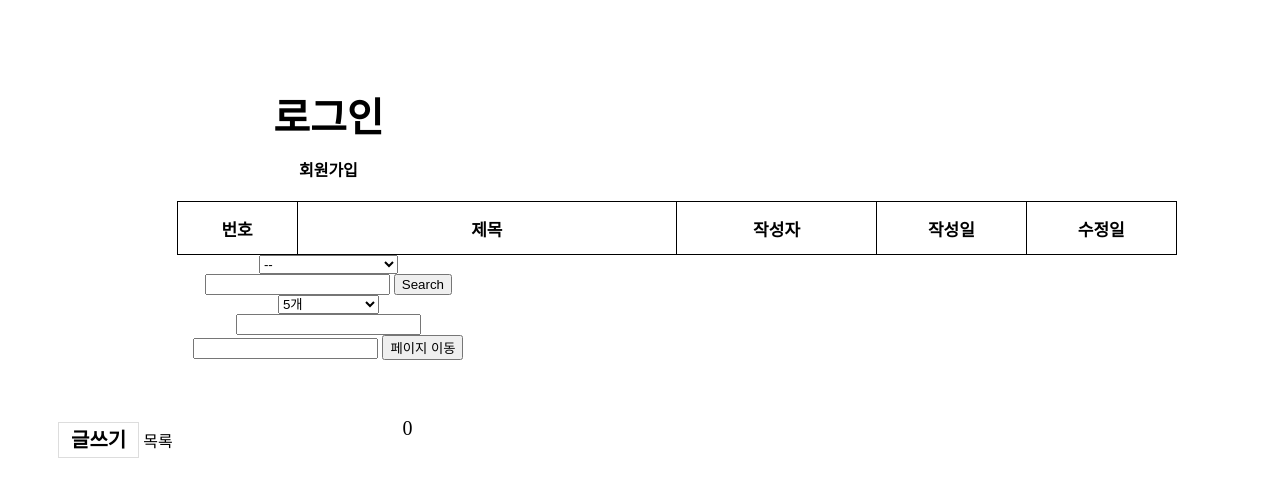
Repository: Shim-YoungDo/gaea-study
Page: http://localhost/study/WEB-INF/views/board/list.jsp
An editor plug-in stored every save of this project. The page is shown before and after the next save, followed by the edit.
The browser window is 1280 px wide. The pictures show the whole page.
The page is served by Tomcat 9. Nobody is signed in. Other server files are loaded and not shown. The template is opened directly, without the code that normally fills it, so the values that code supplies are empty.

Above is the page before, as saved 2021-12-07 05:03:27.

### study/src/main/webapp/WEB-INF/views/board/list.jsp
<%@ page language="java" contentType="text/html; charset=UTF-8"
	pageEncoding="UTF-8"%>
<%@ taglib uri="http://java.sun.com/jsp/jstl/core" prefix="c"%>
<%@ taglib prefix="fmt" uri="http://java.sun.com/jsp/jstl/fmt"%>
<!DOCTYPE html>
<html>
<head>
<meta charset="UTF-8">
<title>Insert title here</title>
<link rel="stylesheet" href="/resources/css/board/list.css">
<script src="https://code.jquery.com/jquery-3.4.1.js"
	integrity="sha256-WpOohJOqMqqyKL9FccASB9O0KwACQJpFTUBLTYOVvVU="
	crossorigin="anonymous"></script>
</head>
<body>
	<div class="table_wrap">
		<a href="/board/registeView" class="enroll_btn">글쓰기</a>
		<a href="/board/list" class="list_btn">목록</a>
		<div class="login_area">
		<!-- 로그인 x -->
		<c:if test="${member==null}">
		<div class="login_button"><a href="/member/login">로그인</a></div>
		<span><a href="/member/join">회원가입</a></span>
		</c:if>

		<!-- 로그인 o -->
		<c:if test="${member != null}">
		<div class="login_success_area">
			<span>이름:${member.memberName}</span>
			<span>아이디:${member.memberID}</span>
			<a href="/member/logout">로그아웃</a>
		</div>
		</c:if>

		<table>
			<thead>
				<tr>
					<th class="bno_width">번호</th>
					<th class="title_width">제목</th>
					<th class="writer_width">작성자</th>
					<th class="regdate_width">작성일</th>
					<th class="updatedate_width">수정일</th>
				</tr>
			</thead>
			<c:forEach items="${list}" var="list">
				<tr>
					<td><c:out value="${list.boardNumber}" /></td>
					<td>
						<a class="move" href='<c:out value="${list.boardNumber}"/>'>
							<c:out value="${list.boardTitle}" />
						</a>
					</td>
					<td>
						<c:out value="${list.boardWriter}" />
					</td>
					<td>
						<fmt:formatDate pattern="yyyy/MM/dd"
							value="${list.boardRegistrationDate}" />
					</td>
					<td>
						<fmt:formatDate pattern="yyyy/MM/dd"
							value="${list.boardUpdateDate}" />
					</td>
				</tr>
			</c:forEach>
		</table>

		<div class="search_wrap">
			<div class="search_area">
				<select name="type">
                <option value="" <c:out value="${pageMake.cri.type == null?'selected':'' }"/>>--</option>
                <option value="T" <c:out value="${pageMake.cri.type eq 'T'?'selected':'' }"/>>제목</option>
                <option value="C" <c:out value="${pageMake.cri.type eq 'C'?'selected':'' }"/>>내용</option>
                <option value="W" <c:out value="${pageMake.cri.type eq 'W'?'selected':'' }"/>>작성자</option>
                <option value="TC" <c:out value="${pageMake.cri.type eq 'TC'?'selected':'' }"/>>제목 + 내용</option>
                <option value="TW" <c:out value="${pageMake.cri.type eq 'TW'?'selected':'' }"/>>제목 + 작성자</option>
                <option value="TCW" <c:out value="${pageMake.cri.type eq 'TCW'?'selected':'' }"/>>제목 + 내용 + 작성자</option>
            </select>
				<input type="text" name="keyword" value="${pageMake.cri.keyword}">
				<button>Search</button>
			</div>
		</div>

		<div class="amount_wrap">
			<div class="amount_area">

					<select name="amount" onchange="selectBoxChange(this.value);">
						<option value="" disabled >=== 선택 ===</option>
						<option value=5 <c:out value="${pageMake.cri.amount == 5?'selected':''}"/>>5개</option>
    					<option value=10 <c:out value="${pageMake.cri.amount == 10?'selected':''}"/>>10개</option>
    					<option value=20 <c:out value="${pageMake.cri.amount == 20?'selected':''}"/>>20개</option>
    					<option value=25 <c:out value="${pageMake.cri.amount == 25?'selected':''}"/>>25개</option>

					</select>

			</div>
		</div>


		<div class="page_select_wrap">
			<div class="page_select_area">
				<input type = "text" pattern="\d" name="pageSelect"value='<c:out value="${pageMake.cri.pageNum}"/>'>
				<input name = "totalPage" readonly="readonly" value = '<c:out value="${pageMake.realEnd}"/>'>
				<button>페이지 이동</button>
			</div>
		</div>

		<div class="pageInfo_wrap">
			<div class="pageInfo_area">
				<ul id="pageInfo" class="pageInfo">

					<!-- 이전페이지 버튼 -->
					<c:if test="${pageMake.prev}">
						<li class="pageInfo_btn previous"><a href="${pageMake.startPage-1}">이전</a></li>
					</c:if>

					<!-- 각 번호 페이지 버튼 -->
					<c:forEach var="num" begin="${pageMake.startPage}" end="${pageMake.endPage}">
						<li class="pageInfo_btn ${pageMake.cri.pageNum == num ? "active":"" }"><a href="${num}">${num}</a></li>
					</c:forEach>

					<!--
					<form id="pageForm" method="post">
					<select name="amount" id="amount" onchange="selectBoxChange(this.value);">
						<option value="none">=== 선택 ===</option>
						<option value="5">5개</option>
    					<option value="10">10개</option>
    					<option value="20">20개</option>
					</select>
					</form>
					-->

					<!-- 다음페이지 버튼 -->
					<c:if test="${pageMake.next}">
						<li class="pageInfo_btn next"><a href="${pageMake.endPage+1}">다음</a></li>
					</c:if>
				</ul>
			</div>
		</div>

		<form id="moveForm" method="get">
			<input type="hidden" name="pageNum" value="${pageMake.cri.pageNum}">
			<input type="hidden" name="amount" value="${pageMake.cri.amount}">
			<input type="hidden" name="keyword" value="${pageMake.cri.keyword}">
			<input type="hidden" name="type" value="${pageMake.cri.type}">

		</form>
	</div>
</div>

	<script>
		let moveForm = $("#moveForm");
		let pageForm = $("#pageForm");

		$(".move").on("click", function(e) {
			e.preventDefault();
			moveForm.append("<input type='hidden' name='boardNumber' value='"
					+ $(this).attr("href") + "'>"); //<form>내부 boardNumber값을 저장하는 <input>태그 생성
			moveForm.attr("action", "/board/getPage");
			moveForm.submit();
				});

		$(".pageInfo a").on("click", function(e){
			e.preventDefault();
			moveForm.find("input[name='pageNum']").val($(this).attr("href")); //<form>내부 pageNum과 관련된 <input>태그의 value 속성값에 클릭한<a>태그 페이지 번호 삽입
			moveForm.attr("action", "/board/list");
			moveForm.submit();
		});

		/*
		var selectBoxChange = function(value){
			console.log("결과:" +value);
			$.ajax({
				type:"post",
				url:"/board/pageAmount",
				data: "pageAmount=" +value,
				success : function(data){
					alert("성공", +data);
					console.log(data);
				}
			});
		}*/

		/*
		$("#pageForm").change(function(){
			var pageAmount = value;

			$.ajax({
				type:"post",
				url:"/board/pageAmount",
				data: "pageAmount=" +pageAmount,
				success : function(data){
					alert("성공", +data);
					console.log(data);
				}
			});

		});*/


		//검색기능
		$(".search_area button").on("click", function(e){
			e.preventDefault();

			let type = $(".search_area select").val();
			let keyword = $(".search_area input[name='keyword']").val();

			if(!type){
				alert("검색 종류를 선택하세요");
				return false;
			}
			if(!keyword){
				alert("키워드를 입력하세요");
				return false;
			}

			//let val = $("input[name='keyword']").val();
			moveForm.find("input[name='type']").val(type);
			moveForm.find("input[name='keyword']").val(keyword);
			moveForm.find("input[name='pageNum']").val(1);
			moveForm.submit();
		});

		/*
		$("#pageForm").change(function(){
			var pageAmount = value;
			let amount = $(".amount_area select").val();

			pageForm.find("input[name]='amount'").val(amount);
			pageForm.submit();
		});*/

		//화면에 출력될 총 게시글 수 선택
		var selectBoxChange = function(value){

			let amount = $(".amount_area select").val();

			//pageForm.find("input[name]='amount'").val(amount);
			//pageForm.submit();
			moveForm.find("input[name='amount']").val(amount);
			moveForm.find("input[name='pageNum']").val(1);
			moveForm.submit();

			console.log("결과:" +value);
			//alert("성공", +data);
		}

		//선택 페이지 이동
		$(".page_select_area button").on("click",function(){

			let pageNum = $(".page_select_area [name='pageSelect']").val();

			moveForm.find("input[name='pageNum']").val(pageNum);
			moveForm.attr("action", "/board/list");
			moveForm.submit();
		});




		/*
		$(".page_count_area button").on("click"function(){
			let pageCount = $(".page_count_area [name='pageCount']").val();
			moveForm.find("input[name='pageCount']").val(pageCount);
			moveForm.attr("action", "/board/list");
			moveForm.submit();
		});
		*/
	</script>

</body>
</html>

### study/src/main/webapp/resources/css/board/list.css
@charset "UTF-8";
a{
  	text-decoration : none;
  }
  table{
 	border-collapse: collapse;
 	width: 1000px;
 	margin-top : 20px;
 	text-align: center;
  }
  td, th{
  	border : 1px solid black;
  	height: 50px;
  }
  th{
  	font-size : 17px;
  }
  thead{
  	font-weight: 700;
  }
  .table_wrap{
  	margin : 50px 0 0 50px;
  }
  .bno_width{
  	width: 12%;
  }
  .writer_width{
  	width: 20%;
  }
  .regdate_width{
  	width: 15%;
  }
  .updatedate_width{
  	width: 15%;
  }
  .enroll_btn{
  	font-size: 20px;
    padding: 6px 12px;
    background-color: #fff;
    border: 1px solid #ddd;
    font-weight: 600;
  }

  .pageInfo{
      list-style : none;
      display: inline-block;
    margin: 50px 0 0 100px;
  }
  .pageInfo li{
      float: left;
    font-size: 20px;
    margin-left: 18px;
    padding: 7px;
    font-weight: 500;
  }
  .login_area{
	width:25%;
	height:30%;
	display:inline-block;
	text-align:center;
}
  .login_button{
  	height:50%;
	background-color:#fff;
	margin-top:30px;
	line-height:77px;
	font-size:40px;
	font-weight:900;
	border-radius:10px;
	cursor:pointer;
  }
  .login_area>span{
	margin-top:10ox;
	font-weight:900;
	display:inline-block;
}


 a:link {color:black; text-decoration: none;}
 a:visited {color:black; text-decoration: none;}
 a:hover {color:blue; text-decoration: underline;}
 .active{
 	text-decoration:underline;
 }

After the next save:
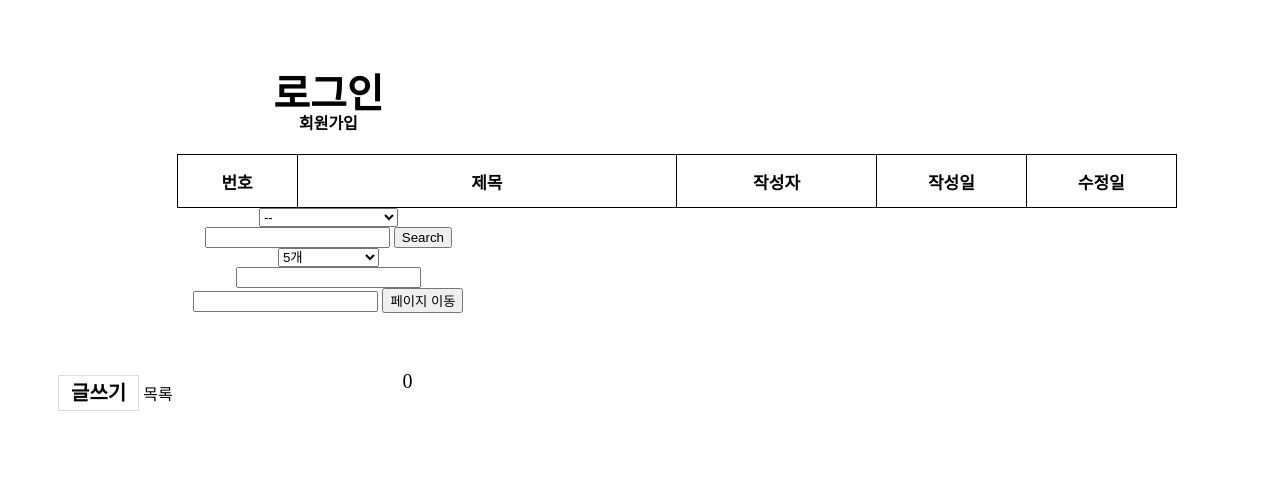
Saved 17 s later.
--- a/study/src/main/webapp/resources/css/board/list.css
+++ b/study/src/main/webapp/resources/css/board/list.css
@@ -63,7 +63,7 @@ a{
   	height:50%;
 	background-color:#fff;
 	margin-top:30px;
-	line-height:77px;
+	line-height:30px;
 	font-size:40px;
 	font-weight:900;
 	border-radius:10px;
